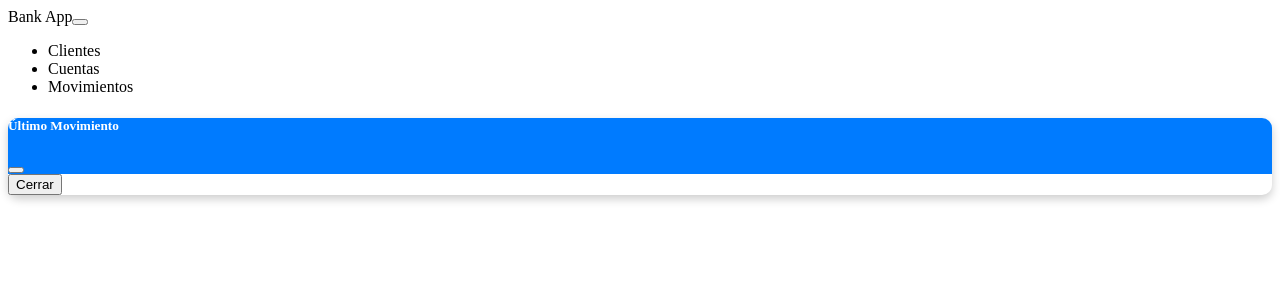
Repository: justsantg/bank-app
Page: /clientes (app in frontend/)
The author's editor kept a copy of each file at every save. The page is drawn from the files as they stood at one save, then again after the next save.
The browser window is 1280 px wide. The pictures show the whole page.
The page's requests for data from a server got no answer. The project was rebuilt for these pictures with package versions that can differ from the ones it lists, and the page was loaded fresh each time. No one was signed in, and anything a server would have sent is missing. Also part of the build but not shown: frontend/src/app/components/cuentas/cuenta-list/cuenta-list.component.ts, frontend/src/app/components/movimientos/movimiento-list/movimiento-list.component.ts.

Above is the page before, as saved 2025-03-15 11:54:09.

### frontend/src/main.ts
import { bootstrapApplication } from '@angular/platform-browser';
import { AppComponent } from './app/app.component';
import { provideHttpClient } from '@angular/common/http';
import { provideRouter } from '@angular/router';
import { routes } from './app/app.routes';

bootstrapApplication(AppComponent, {
  providers: [
    provideRouter(routes), // Asegurar que las rutas están registradas
    provideHttpClient()    // Asegurar que HttpClient está disponible en toda la app
  ]
}).catch(err => console.error(err));

### frontend/src/app/app.component.ts
import { Component } from '@angular/core';
import { RouterOutlet } from '@angular/router';

@Component({
  selector: 'app-root',
  standalone: true,
  imports: [RouterOutlet], // Importar RouterOutlet aquí
  templateUrl: './app.component.html',
  styleUrls: ['./app.component.css']
})
export class AppComponent {
  title = 'Bank App';
}

### frontend/src/app/app.routes.ts
import { Routes } from '@angular/router';
import { ClienteListComponent } from './components/clientes/cliente-list/cliente-list.component';
import { CuentaListComponent } from './components/cuentas/cuenta-list/cuenta-list.component';
import { MovimientoListComponent } from './components/movimientos/movimiento-list/movimiento-list.component';

export const routes: Routes = [
  { path: 'clientes', component: ClienteListComponent },
  { path: 'cuentas', component: CuentaListComponent },
  { path: 'movimientos', component: MovimientoListComponent },
  { path: '', redirectTo: 'clientes', pathMatch: 'full' } // Redirección inicial
];

### frontend/src/app/app.component.html
<nav class="navbar navbar-expand-lg navbar-dark bg-primary">
  <div class="container">
    <a class="navbar-brand" routerLink="/">Bank App</a>
    <button class="navbar-toggler" type="button" data-bs-toggle="collapse" data-bs-target="#navbarNav">
      <span class="navbar-toggler-icon"></span>
    </button>
    <div class="collapse navbar-collapse" id="navbarNav">
      <ul class="navbar-nav">
        <li class="nav-item">
          <a class="nav-link" routerLink="/clientes" routerLinkActive="active">Clientes</a>
        </li>
        <li class="nav-item">
          <a class="nav-link" routerLink="/cuentas" routerLinkActive="active">Cuentas</a>
        </li>
        <li class="nav-item">
          <a class="nav-link" routerLink="/movimientos" routerLinkActive="active">Movimientos</a>
        </li>
      </ul>
    </div>
  </div>
</nav>

<div class="container mt-4">
  <router-outlet></router-outlet>
</div>

### frontend/src/app/components/clientes/cliente-list/cliente-list.component.ts
import { Component, OnInit } from '@angular/core';
import { CommonModule } from '@angular/common';
import { ClienteService } from '../../../services/cliente.service';
import { MovimientoService } from '../../../services/movimiento.service';

@Component({
  selector: 'app-cliente-list',
  standalone: true,
  imports: [CommonModule],
  templateUrl: './cliente-list.component.html',
  styleUrls: ['./cliente-list.component.css']
})
export class ClienteListComponent implements OnInit {
  clientes: any[] = [];
  ultimoMovimiento: any = null; // Aquí guardaremos el último movimiento
  mostrarModal: boolean = false; // Controla si el modal está visible

  constructor(
    private clienteService: ClienteService,
    private movimientoService: MovimientoService
  ) {}

  ngOnInit(): void {
    this.clienteService.getClientes().subscribe({
      next: (data) => {
        console.log('Clientes recibidos:', data);
        this.clientes = data;
      },
      error: (err) => {
        console.error('Error al obtener clientes:', err);
      }
    });
  }

  // 🔥 Método para obtener el último movimiento de un cliente
  obtenerUltimoMovimiento(clienteId: number): void {
    this.movimientoService.getUltimoMovimiento(clienteId).subscribe({
      next: (data) => {
        console.log('Último movimiento:', data);
        this.ultimoMovimiento = data;
        this.mostrarModal = true; // Muestra el modal
      },
      error: (err) => {
        console.error('Error al obtener el último movimiento:', err);
      }
    });
  }

  // 🔥 Método para cerrar el modal
  cerrarModal(): void {
    this.mostrarModal = false;
    this.ultimoMovimiento = null;
  }
}

### frontend/src/app/components/clientes/cliente-list/cliente-list.component.html
<!-- Tabla de clientes -->
<ul class="list-group">
    <li *ngFor="let cliente of clientes" class="list-group-item">
      <strong>{{ cliente.nombre }}</strong> - {{ cliente.email }}
      <button class="btn btn-primary btn-sm float-end" (click)="verUltimoMovimiento(cliente.id)">
        Ver Último Movimiento
      </button>
    </li>
  </ul>

  <!-- Modal para mostrar el último movimiento -->
  <div class="modal fade" id="movimientoModal" tabindex="-1" aria-labelledby="movimientoModalLabel" aria-hidden="true">
    <div class="modal-dialog modal-dialog-centered">
      <div class="modal-content">
        <div class="modal-header">
          <h5 class="modal-title">Último Movimiento</h5>
          <button type="button" class="btn-close" data-bs-dismiss="modal" aria-label="Cerrar"></button>
        </div>
        <div class="modal-body" *ngIf="ultimoMovimiento">
          <p><strong>Monto:</strong> {{ ultimoMovimiento.monto }}</p>
          <p><strong>Tipo:</strong>
            <span [ngClass]="{'text-success': ultimoMovimiento.tipo === 'Crédito', 'text-danger': ultimoMovimiento.tipo === 'Débito'}">
              {{ ultimoMovimiento.tipo }}
            </span>
          </p>
          <p><strong>Fecha:</strong> {{ ultimoMovimiento.fecha | date:'short' }}</p>
        </div>
        <div class="modal-footer">
          <button type="button" class="btn btn-secondary" data-bs-dismiss="modal">Cerrar</button>
        </div>
      </div>
    </div>
  </div>

### frontend/src/app/components/clientes/cliente-list/cliente-list.component.css
.modal-content {
    border-radius: 10px;
    box-shadow: 0px 4px 10px rgba(0, 0, 0, 0.2);
  }

  .modal-header {
    background-color: #007bff;
    color: white;
    border-top-left-radius: 10px;
    border-top-right-radius: 10px;
  }

  .modal-body {
    font-size: 1.1rem;
    color: #333;
  }

  .text-success {
    font-weight: bold;
  }

  .text-danger {
    font-weight: bold;
  }

### frontend/src/app/services/cliente.service.ts
import { Injectable } from '@angular/core';
import { HttpClient } from '@angular/common/http';
import { Observable } from 'rxjs';

@Injectable({
  providedIn: 'root'
})
export class ClienteService {
  private apiUrl = 'http://localhost:3000'; // URL del backend

  constructor(private http: HttpClient) {}

  getClientes(): Observable<any[]> {
    console.log('Llamando a:', `${this.apiUrl}/cliente`); // Agregar un log para verificar la URL
    return this.http.get<any[]>(`${this.apiUrl}/cliente`);
  }
}

### frontend/src/app/services/movimiento.service.ts
import { Injectable } from '@angular/core';
import { HttpClient } from '@angular/common/http';
import { Observable } from 'rxjs';

@Injectable({
  providedIn: 'root'
})
export class MovimientoService {
  private apiUrl = 'http://localhost:3000'; // URL del backend

  constructor(private http: HttpClient) {}

  // 🔥 Obtener el último movimiento de un cliente
  getUltimoMovimiento(clienteId: number): Observable<any> {
    return this.http.get<any>(`${this.apiUrl}/movimiento/ultimo/${clienteId}`);
  }
}

Loaded but not shown: frontend/src/index.html (common file); frontend/src/app/app.component.css (no stored copy; drawn as an empty file)

After the next save:
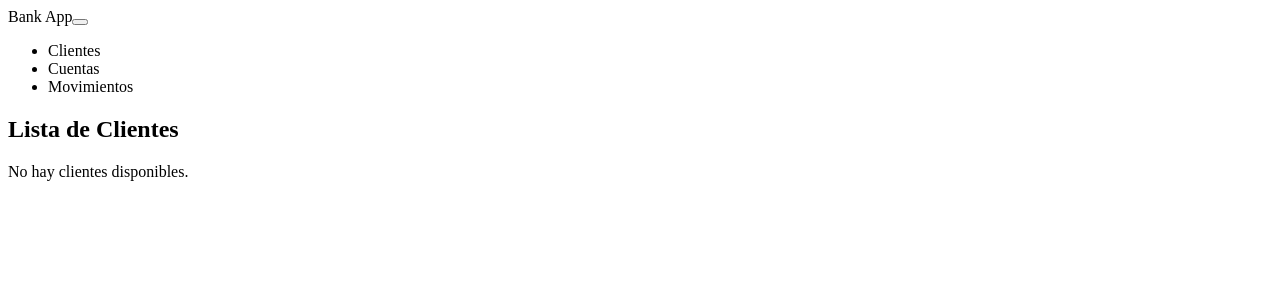
Saved 5 s later.
--- a/frontend/src/app/components/clientes/cliente-list/cliente-list.component.html
+++ b/frontend/src/app/components/clientes/cliente-list/cliente-list.component.html
@@ -1,33 +1,35 @@
-<!-- Tabla de clientes -->
-<ul class="list-group">
-    <li *ngFor="let cliente of clientes" class="list-group-item">
-      <strong>{{ cliente.nombre }}</strong> - {{ cliente.email }}
-      <button class="btn btn-primary btn-sm float-end" (click)="verUltimoMovimiento(cliente.id)">
-        Ver Último Movimiento
-      </button>
-    </li>
-  </ul>
+<div class="container mt-4">
+    <h2>Lista de Clientes</h2>
 
-  <!-- Modal para mostrar el último movimiento -->
-  <div class="modal fade" id="movimientoModal" tabindex="-1" aria-labelledby="movimientoModalLabel" aria-hidden="true">
-    <div class="modal-dialog modal-dialog-centered">
+    <ul *ngIf="clientes.length > 0; else noClientes" class="list-group">
+      <li *ngFor="let cliente of clientes" class="list-group-item">
+        <strong>{{ cliente.nombre }}</strong> - {{ cliente.email }} - {{ cliente.telefono }}
+        <ul *ngIf="cliente.cuentas.length > 0">
+          <li *ngFor="let cuenta of cliente.cuentas">
+            🏦 Tipo de cuenta: <strong>{{ cuenta.tipo }}</strong> - 💰 Saldo: <strong>{{ cuenta.saldo }}</strong>
+          </li>
+        </ul>
+        <p *ngIf="cliente.cuentas.length === 0">🚫 No tiene cuentas registradas.</p>
+
+        <!-- 🔥 Botón para ver el último movimiento -->
+        <button class="btn btn-primary btn-sm mt-2" (click)="obtenerUltimoMovimiento(cliente.id)">
+          Ver Último Movimiento
+        </button>
+      </li>
+    </ul>
+
+    <ng-template #noClientes>
+      <p>No hay clientes disponibles.</p>
+    </ng-template>
+
+    <!-- 🔥 Modal para mostrar el último movimiento -->
+    <div *ngIf="mostrarModal" class="modal-backdrop">
       <div class="modal-content">
-        <div class="modal-header">
-          <h5 class="modal-title">Último Movimiento</h5>
-          <button type="button" class="btn-close" data-bs-dismiss="modal" aria-label="Cerrar"></button>
-        </div>
-        <div class="modal-body" *ngIf="ultimoMovimiento">
-          <p><strong>Monto:</strong> {{ ultimoMovimiento.monto }}</p>
-          <p><strong>Tipo:</strong>
-            <span [ngClass]="{'text-success': ultimoMovimiento.tipo === 'Crédito', 'text-danger': ultimoMovimiento.tipo === 'Débito'}">
-              {{ ultimoMovimiento.tipo }}
-            </span>
-          </p>
-          <p><strong>Fecha:</strong> {{ ultimoMovimiento.fecha | date:'short' }}</p>
-        </div>
-        <div class="modal-footer">
-          <button type="button" class="btn btn-secondary" data-bs-dismiss="modal">Cerrar</button>
-        </div>
+        <h4>Último Movimiento</h4>
+        <p><strong>Monto:</strong> {{ ultimoMovimiento?.monto }}</p>
+        <p><strong>Tipo:</strong> {{ ultimoMovimiento?.tipo }}</p>
+        <p><strong>Fecha:</strong> {{ ultimoMovimiento?.fecha | date:'short' }}</p>
+        <button class="btn btn-danger btn-sm" (click)="cerrarModal()">Cerrar</button>
       </div>
     </div>
   </div>
